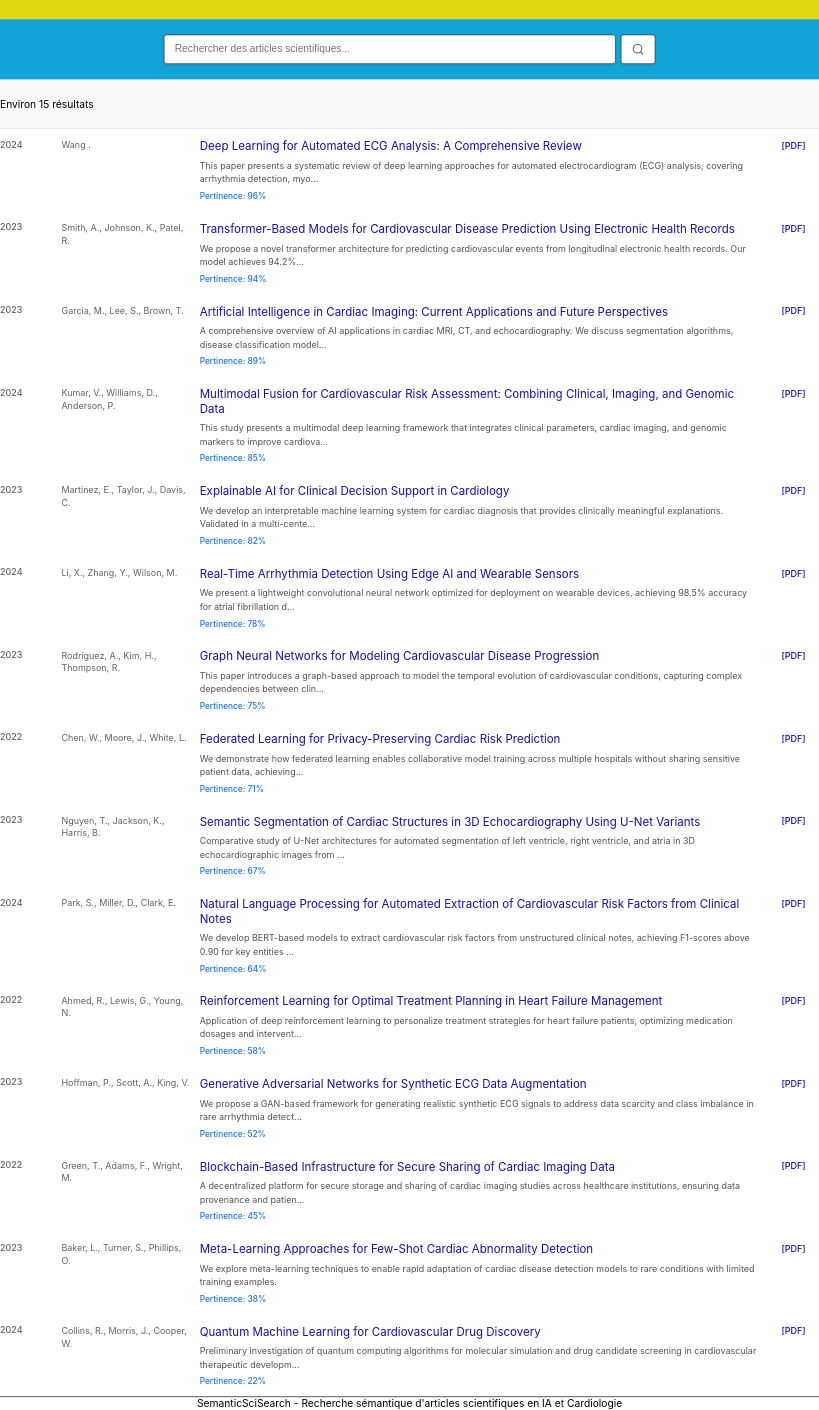
Repository: elh33/SemanticSciSearch
Page: / (app in frontend/)
These files come from the project's save history. The page is drawn as it stood at one moment and after the next save; the edit follows.
The browser window is 1280 px wide. The pictures show the whole page, at 64% of full size.
The project was rebuilt for these pictures with package versions that can differ from the ones it lists, and the page was loaded fresh each time.

Above is the page before, as saved 2025-11-22 00:37:15.

### frontend/index.html
<!DOCTYPE html>
<html lang="en">
  <head>
    <meta charset="UTF-8" />
    <meta name="viewport" content="width=device-width, initial-scale=1.0" />
    <title>SemanticSciSearch</title>
  </head>
  <body>
    <div id="root"></div>
    <script type="module" src="/src/index.tsx"></script>
  </body>
</html>

### frontend/src/index.tsx
import React from 'react';
import ReactDOM from 'react-dom';
import App from './App';
import './index.css';

ReactDOM.render(
  <React.StrictMode>
    <App />
  </React.StrictMode>,
  document.getElementById('root')
);

### frontend/src/App.tsx
import React from 'react';
// Importe le composant de recherche principal
import SearchResults from './components/SearchResults';

// Le composant App.tsx est le conteneur principal de l'application.
function App() {
  return (
    // Utilisation d'un fragment React (<>...</>) ou d'un <div> si tu as des styles globaux
    <>
      {/* Le composant SearchResults contient maintenant :
        - Le titre et le sous-titre de l'application.
        - La barre de recherche.
        - L'orchestration de la logique (appels à api.ts).
        - L'affichage de la liste des ArticleCard.
      */}
      <SearchResults />
    </>
  );
}

export default App;

### frontend/src/components/SearchResults.tsx
import React, { useState, useEffect } from 'react';
import { Article } from '../types';
import { searchArticles } from '../services/api';
import ArticleCard from './ArticleCard';

const SearchResults: React.FC = () => {
  const [query, setQuery] = useState('');
  const [searchedQuery, setSearchedQuery] = useState('');
  const [results, setResults] = useState<Article[]>([]);
  const [isLoading, setIsLoading] = useState(false);
  const [hasSearched, setHasSearched] = useState(false);

  const handleSearch = async (searchQuery: string = query) => {
    setIsLoading(true);
    setHasSearched(true);
    setSearchedQuery(searchQuery);

    try {
      const data = await searchArticles(searchQuery);
      const sortedData = [...data].sort((a, b) => b.score - a.score);
      setResults(sortedData);
    } catch (error) {
      console.error("Erreur lors de la recherche:", error);
      setResults([]);
    } finally {
      setIsLoading(false);
    }
  };

  useEffect(() => {
    handleSearch('');
  }, []);

  const handleSubmit = (e: React.FormEvent) => {
    e.preventDefault();
    handleSearch();
  };

  return (
    <div className="min-h-screen bg-white">
      {/* BARRE JAUNE EN HAUT */}
      <div style={{ backgroundColor: '#e2d810', height: '30px' }} className="w-full"></div>

      {/* En-tête avec fond bleu - CENTRAGE SIMPLE */}
      <div style={{ backgroundColor: '#12a4d9' }} className="w-full sticky top-0 z-10 shadow-lg">
        <div style={{ display: 'flex', justifyContent: 'center', alignItems: 'center', padding: '24px 16px' }}>
          <form onSubmit={handleSubmit} style={{ display: 'flex', gap: '8px', width: '100%', maxWidth: '768px' }}>
            {/* Input de recherche */}
            <input
              type="text"
              value={query}
              onChange={(e) => setQuery(e.target.value)}
              placeholder="Rechercher des articles scientifiques..."
              style={{
                flex: 1,
                padding: '12px 16px',
                fontSize: '16px',
                backgroundColor: 'white',
                borderRadius: '4px',
                boxShadow: '0 2px 5px rgba(0,0,0,0.1)',
                border: '1px solid #322e2f',
                outline: 'none'
              }}
            />

            {/* Bouton de recherche avec icône loupe */}
            <button
              type="submit"
              style={{
                padding: '12px 16px',
                backgroundColor: 'white',
                border: '1px solid #322e2f',
                borderRadius: '4px',
                cursor: 'pointer',
                boxShadow: '0 2px 5px rgba(0,0,0,0.1)',
                display: 'flex',
                alignItems: 'center',
                justifyContent: 'center'
              }}
              onMouseEnter={(e) => e.currentTarget.style.backgroundColor = '#f8f9fa'}
              onMouseLeave={(e) => e.currentTarget.style.backgroundColor = 'white'}
            >
              <svg
                width="20"
                height="20"
                viewBox="0 0 24 24"
                fill="none"
                stroke="#5f6368"
                strokeWidth="2"
                strokeLinecap="round"
                strokeLinejoin="round"
              >
                <circle cx="11" cy="11" r="8"></circle>
                <path d="m21 21-4.35-4.35"></path>
              </svg>
            </button>
          </form>
        </div>
      </div>

      {/* BARRE DE SÉPARATION avec nombre de résultats */}
      {hasSearched && !isLoading && (
        <div style={{
          borderBottom: '1px solid #dfe1e5',
          backgroundColor: '#f8f9fa',
          padding: '12px 0'
        }}>
          <div className="max-w-5xl mx-auto px-4">
            <p className="text-sm text-gray-600">
              Environ {results.length} résultat{results.length !== 1 ? 's' : ''}
              {searchedQuery && ` pour "${searchedQuery}"`}
            </p>
          </div>
        </div>
      )}

      {/* Contenu principal */}
      <div className="max-w-5xl mx-auto px-4 py-6">
        {isLoading && (
          <div className="flex items-center justify-center py-12">
            <div className="flex flex-col items-center gap-3">
              <div className="animate-spin rounded-full h-8 w-8 border-b-2 border-blue-600"></div>
              <p className="text-gray-600">Recherche en cours...</p>
            </div>
          </div>
        )}

        {!isLoading && (
          <div className="bg-white">
            {results.length > 0 ? (
              results.map((article) => (
                <ArticleCard key={article.id} article={article} />
              ))
            ) : (
              hasSearched && (
                <div className="text-center py-12">
                  <p className="text-gray-600 text-lg">
                    Aucun résultat trouvé{searchedQuery && ` pour "${searchedQuery}"`}
                  </p>
                  <p className="text-gray-500 text-sm mt-2">
                    Essayez avec d'autres mots-clés
                  </p>
                </div>
              )
            )}
          </div>
        )}
      </div>

      {/* Footer */}
      <footer className="mt-12 border-t border-gray-200 bg-gray-50">
        <div className="max-w-5xl mx-auto px-4 py-6 text-center text-sm text-gray-500">
          SemanticSciSearch - Recherche sémantique d'articles scientifiques en IA et Cardiologie
        </div>
      </footer>
    </div>
  );
};

export default SearchResults;

### frontend/src/services/api.ts
import { Article } from '../types';
import { MOCK_RESULTS } from '../data/mockData';
import axios from 'axios';

// 💡 INTERRUPTEUR : Passez à 'false' (ou commentez/supprimez) cette ligne
// UNIQUEMENT lorsque le Back-End FastAPI est prêt.
const USE_MOCK_DATA = true;

// URL de base lue depuis le .env pour le mode production
// Le .env doit contenir VITE_API_URL=http://localhost:8000
const API_BASE_URL = 'http://localhost:8000';

/**
 * Fonction principale de recherche d'articles.
 * Elle utilise soit les données mockées, soit l'API réelle.
 * @param query Le texte de la requête de l'utilisateur.
 * @returns Une promesse qui résout vers un tableau d'articles.
 */
export const searchArticles = async (query: string): Promise<Article[]> => {
  if (USE_MOCK_DATA) {
    // --- MODE MOCKÉ ---
    console.log(`[MOCK] Simulation de recherche pour: "${query}"`);

    // 1. Simuler le délai réseau (500ms) pour une meilleure expérience utilisateur
    await new Promise(resolve => setTimeout(resolve, 500));

    // 2. Simuler un filtre simple (recherche du mot-clé dans le titre)
    // S'il n'y a pas de requête (query vide), on renvoie tout.
    const lowerCaseQuery = query.toLowerCase();

    return MOCK_RESULTS.filter(article =>
        article.title.toLowerCase().includes(lowerCaseQuery) || lowerCaseQuery.length === 0
    );

  } else {
    // --- MODE PRODUCTION (Axios) ---
    console.log(`[AXIOS] Requête réelle vers: ${API_BASE_URL}/search pour: "${query}"`);

    try {
      // 1. Envoi de la requête POST à FastAPI
      const response = await axios.post(`${API_BASE_URL}/search`, { query });

      // 2. Retourne les données (TypeScript vérifie que c'est un tableau d'Articles)
      return response.data as Article[];

    } catch (error) {
      console.error("Erreur lors de l'appel à l'API de recherche:", error);
      // En cas d'échec de l'API, on renvoie un tableau vide
      return [];
    }
  }
};

### frontend/src/components/ArticleCard.tsx
import React from 'react';
import { Article } from '../types';

interface ArticleCardProps {
  article: Article;
}

const ArticleCard: React.FC<ArticleCardProps> = ({ article }) => {
  const scorePercent = (article.score * 100).toFixed(0);

  // Tronquer l'abstract aux 2 premières lignes (environ 150 caractères)
  const truncatedAbstract = article.abstract.length > 150
    ? article.abstract.substring(0, 150) + '...'
    : article.abstract;

  return (
    <div style={{
      display: 'grid',
      gridTemplateColumns: '80px 200px 1fr 80px',
      gap: '16px',
      padding: '16px 0',
      alignItems: 'start'
    }}>
      {/* Colonne 1: Année */}
      <div style={{
        fontSize: '14px',
        color: '#5f6368',
        fontWeight: '500'
      }}>
        {article.year}
      </div>

      {/* Colonne 2: Auteurs */}
      <div style={{
        fontSize: '14px',
        color: '#5f6368',
        lineHeight: '1.4'
      }}>
        {article.authors}
      </div>

      {/* Colonne 3: Article (Titre + Abstract + Pertinence) */}
      <div>
        {/* Titre cliquable en bleu */}
        <h3 style={{ margin: '0 0 8px 0' }}>
          <a
            href={article.url}
            target="_blank"
            rel="noopener noreferrer"
            style={{
              color: '#1a0dab',
              fontSize: '18px',
              textDecoration: 'none',
              fontWeight: '400'
            }}
            onMouseEnter={(e) => e.currentTarget.style.textDecoration = 'underline'}
            onMouseLeave={(e) => e.currentTarget.style.textDecoration = 'none'}
          >
            {article.title}
          </a>
        </h3>

        {/* Abstract tronqué */}
        <p style={{
          margin: '0 0 8px 0',
          fontSize: '14px',
          color: '#545454',
          lineHeight: '1.5'
        }}>
          {truncatedAbstract}
        </p>

        {/* Pertinence en bleu */}
        <div style={{
          fontSize: '13px',
          color: '#1a73e8',
          fontWeight: '500'
        }}>
          Pertinence: {scorePercent}%
        </div>
      </div>

      {/* Colonne 4: Lien PDF */}
      <div style={{ textAlign: 'center' }}>
        <a
          href={article.url}
          target="_blank"
          rel="noopener noreferrer"
          style={{
            color: '#1a0dab',
            fontSize: '14px',
            textDecoration: 'none',
            fontWeight: '500'
          }}
          onMouseEnter={(e) => e.currentTarget.style.textDecoration = 'underline'}
          onMouseLeave={(e) => e.currentTarget.style.textDecoration = 'none'}
        >
          [PDF]
        </a>
      </div>
    </div>
  );
};

export default ArticleCard;

### frontend/src/data/mockData.ts
import { Article } from '../types';

export const MOCK_RESULTS: Article[] = [
  {
    id: '1',
    title: 'Deep Learning for Automated ECG Analysis: A Comprehensive Review',
    abstract: "This paper presents a systematic review of deep learning approaches for automated electrocardiogram (ECG) analysis, covering arrhythmia detection, myocardial infarction diagnosis, and heart rate variability assessment. We analyze over 150 studies published between 2015 and 2024.",
    authors: "Wang .",
    year: 2024,
    score: 0.96,
    url: 'https://arxiv.org/pdf/2301.04634'
  },
  {
    id: '2',
    title: 'Transformer-Based Models for Cardiovascular Disease Prediction Using Electronic Health Records',
    abstract: "We propose a novel transformer architecture for predicting cardiovascular events from longitudinal electronic health records. Our model achieves 94.2% AUC on a dataset of 500,000 patients.",
    authors: "Smith, A., Johnson, K., Patel, R.",
    year: 2023,
    score: 0.94,
    url: 'https://arxiv.org/pdf/2305.12987'
  },
  {
    id: '3',
    title: 'Artificial Intelligence in Cardiac Imaging: Current Applications and Future Perspectives',
    abstract: "A comprehensive overview of AI applications in cardiac MRI, CT, and echocardiography. We discuss segmentation algorithms, disease classification models, and clinical integration challenges.",
    authors: "Garcia, M., Lee, S., Brown, T.",
    year: 2023,
    score: 0.89,
    url: 'https://arxiv.org/pdf/2203.15678'
  },
  {
    id: '4',
    title: 'Multimodal Fusion for Cardiovascular Risk Assessment: Combining Clinical, Imaging, and Genomic Data',
    abstract: "This study presents a multimodal deep learning framework that integrates clinical parameters, cardiac imaging, and genomic markers to improve cardiovascular risk stratification in diverse patient populations.",
    authors: "Kumar, V., Williams, D., Anderson, P.",
    year: 2024,
    score: 0.85,
    url: '/documents/multimodal-cardio-risk.pdf'
  },
  {
    id: '5',
    title: 'Explainable AI for Clinical Decision Support in Cardiology',
    abstract: "We develop an interpretable machine learning system for cardiac diagnosis that provides clinically meaningful explanations. Validated in a multi-center trial with 12 hospitals.",
    authors: "Martinez, E., Taylor, J., Davis, C.",
    year: 2023,
    score: 0.82,
    url: 'https://arxiv.org/pdf/2511.13703.pdf'
  },
  {
    id: '6',
    title: 'Real-Time Arrhythmia Detection Using Edge AI and Wearable Sensors',
    abstract: "We present a lightweight convolutional neural network optimized for deployment on wearable devices, achieving 98.5% accuracy for atrial fibrillation detection with <100ms latency.",
    authors: "Li, X., Zhang, Y., Wilson, M.",
    year: 2024,
    score: 0.78,
    url: '/documents/edge-ai-arrhythmia.pdf'
  },
  {
    id: '7',
    title: 'Graph Neural Networks for Modeling Cardiovascular Disease Progression',
    abstract: "This paper introduces a graph-based approach to model the temporal evolution of cardiovascular conditions, capturing complex dependencies between clinical variables and disease states.",
    authors: "Rodriguez, A., Kim, H., Thompson, R.",
    year: 2023,
    score: 0.75,
    url: 'https://arxiv.org/pdf/2204.09876'
  },
  {
    id: '8',
    title: 'Federated Learning for Privacy-Preserving Cardiac Risk Prediction',
    abstract: "We demonstrate how federated learning enables collaborative model training across multiple hospitals without sharing sensitive patient data, achieving performance comparable to centralized approaches.",
    authors: "Chen, W., Moore, J., White, L.",
    year: 2022,
    score: 0.71,
    url: '/documents/federated-cardiac.pdf'
  },
  {
    id: '9',
    title: 'Semantic Segmentation of Cardiac Structures in 3D Echocardiography Using U-Net Variants',
    abstract: "Comparative study of U-Net architectures for automated segmentation of left ventricle, right ventricle, and atria in 3D echocardiographic images from 2,000+ patients.",
    authors: "Nguyen, T., Jackson, K., Harris, B.",
    year: 2023,
    score: 0.67,
    url: '/documents/3d-echo-segmentation.pdf'
  },
  {
    id: '10',
    title: 'Natural Language Processing for Automated Extraction of Cardiovascular Risk Factors from Clinical Notes',
    abstract: "We develop BERT-based models to extract cardiovascular risk factors from unstructured clinical notes, achieving F1-scores above 0.90 for key entities like hypertension, diabetes, and smoking status.",
    authors: "Park, S., Miller, D., Clark, E.",
    year: 2024,
    score: 0.64,
    url: 'https://arxiv.org/pdf/2302.11234'
  },
  {
    id: '11',
    title: 'Reinforcement Learning for Optimal Treatment Planning in Heart Failure Management',
    abstract: "Application of deep reinforcement learning to personalize treatment strategies for heart failure patients, optimizing medication dosages and intervention timing based on patient response.",
    authors: "Ahmed, R., Lewis, G., Young, N.",
    year: 2022,
    score: 0.58,
    url: '/documents/rl-heart-failure.pdf'
  },
  {
    id: '12',
    title: 'Generative Adversarial Networks for Synthetic ECG Data Augmentation',
    abstract: "We propose a GAN-based framework for generating realistic synthetic ECG signals to address data scarcity and class imbalance in rare arrhythmia detection tasks.",
    authors: "Hoffman, P., Scott, A., King, V.",
    year: 2023,
    score: 0.52,
    url: '/documents/gan-ecg-augmentation.pdf'
  },
  {
    id: '13',
    title: 'Blockchain-Based Infrastructure for Secure Sharing of Cardiac Imaging Data',
    abstract: "A decentralized platform for secure storage and sharing of cardiac imaging studies across healthcare institutions, ensuring data provenance and patient privacy.",
    authors: "Green, T., Adams, F., Wright, M.",
    year: 2022,
    score: 0.45,
    url: '/documents/blockchain-cardiac-imaging.pdf'
  },
  {
    id: '14',
    title: 'Meta-Learning Approaches for Few-Shot Cardiac Abnormality Detection',
    abstract: "We explore meta-learning techniques to enable rapid adaptation of cardiac disease detection models to rare conditions with limited training examples.",
    authors: "Baker, L., Turner, S., Phillips, O.",
    year: 2023,
    score: 0.38,
    url: '/documents/meta-learning-cardiac.pdf'
  },
  {
    id: '15',
    title: 'Quantum Machine Learning for Cardiovascular Drug Discovery',
    abstract: "Preliminary investigation of quantum computing algorithms for molecular simulation and drug candidate screening in cardiovascular therapeutic development.",
    authors: "Collins, R., Morris, J., Cooper, W.",
    year: 2024,
    score: 0.22,
    url: '/documents/quantum-ml-cardio.pdf'
  }
];

Loaded but not shown: frontend/src/index.css (common file)

After the next save:
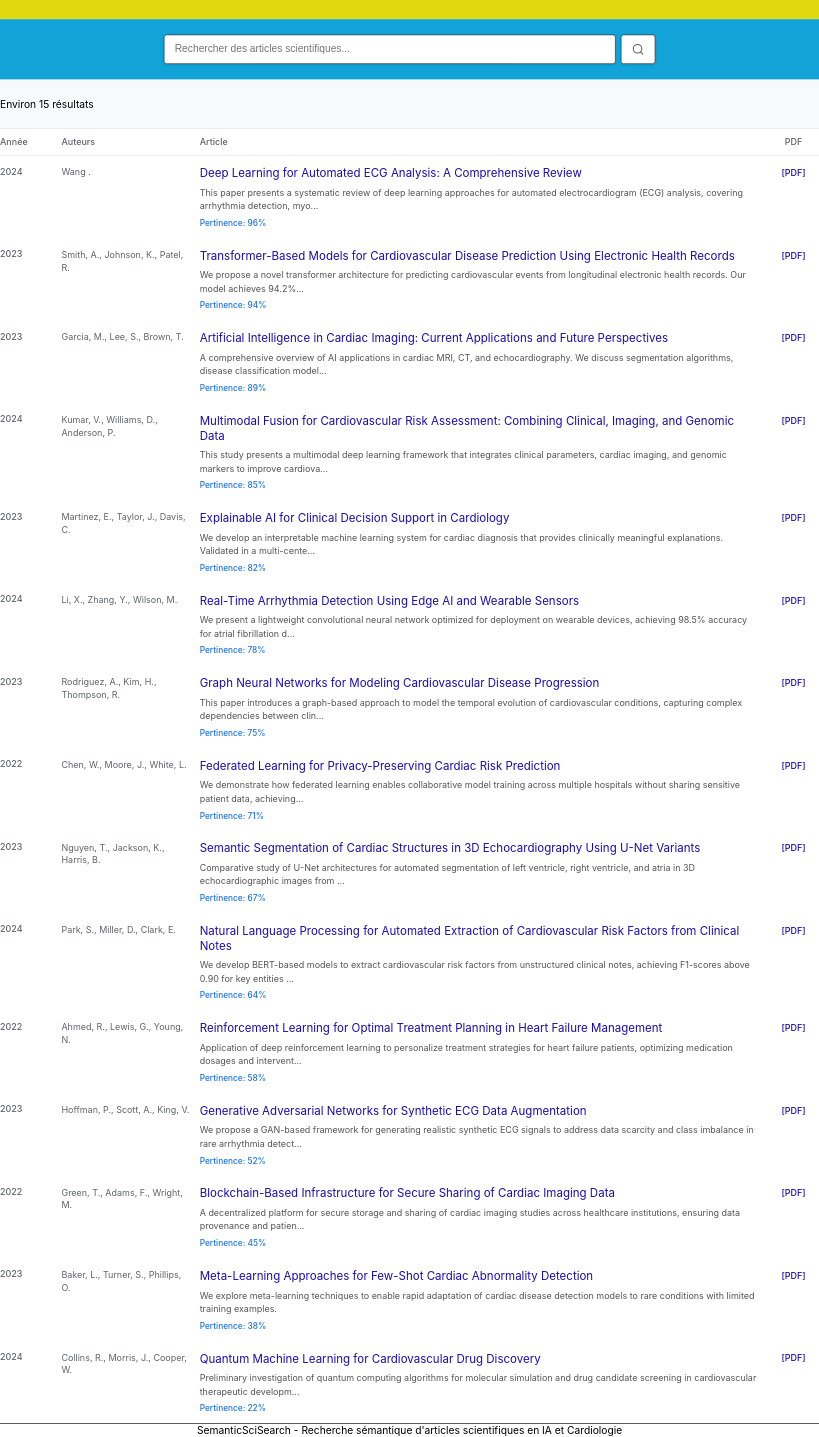
Saved 8 s later.
--- a/frontend/src/components/SearchResults.tsx
+++ b/frontend/src/components/SearchResults.tsx
@@ -45,7 +45,6 @@ const SearchResults: React.FC = () => {
       <div style={{ backgroundColor: '#12a4d9' }} className="w-full sticky top-0 z-10 shadow-lg">
         <div style={{ display: 'flex', justifyContent: 'center', alignItems: 'center', padding: '24px 16px' }}>
           <form onSubmit={handleSubmit} style={{ display: 'flex', gap: '8px', width: '100%', maxWidth: '768px' }}>
-            {/* Input de recherche */}
             <input
               type="text"
               value={query}
@@ -63,7 +62,6 @@ const SearchResults: React.FC = () => {
               }}
             />
 
-            {/* Bouton de recherche avec icône loupe */}
             <button
               type="submit"
               style={{
@@ -128,9 +126,29 @@ const SearchResults: React.FC = () => {
         {!isLoading && (
           <div className="bg-white">
             {results.length > 0 ? (
-              results.map((article) => (
-                <ArticleCard key={article.id} article={article} />
-              ))
+              <div>
+                {/* En-tête du tableau */}
+                <div style={{
+                  display: 'grid',
+                  gridTemplateColumns: '80px 200px 1fr 80px',
+                  gap: '16px',
+                  padding: '12px 0',
+                  borderBottom: '1px solid #dfe1e5',
+                  fontWeight: '500',
+                  fontSize: '14px',
+                  color: '#5f6368'
+                }}>
+                  <div>Année</div>
+                  <div>Auteurs</div>
+                  <div>Article</div>
+                  <div style={{ textAlign: 'center' }}>PDF</div>
+                </div>
+
+                {/* Articles */}
+                {results.map((article) => (
+                  <ArticleCard key={article.id} article={article} />
+                ))}
+              </div>
             ) : (
               hasSearched && (
                 <div className="text-center py-12">
